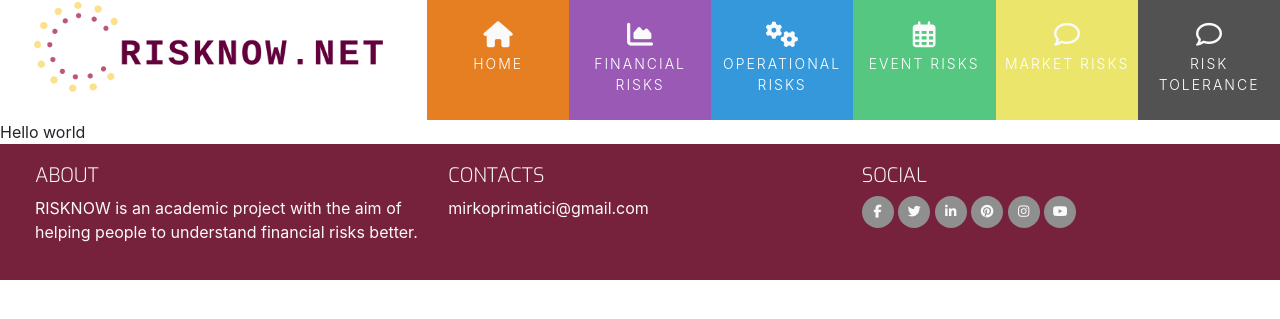
Repository: mirkoprimaticix/risknow.net
Page: index.html
The author's editor kept a record of every edit. The page is drawn from the files as they stood at one moment, then again after the next edit.
The browser window is 1280 px wide. The pictures show the whole page.
Some web libraries are served in a nearby version.

Above is the page before.
Console error: TypeError: Cannot read properties of undefined (reading 'fn')

After the next edit:
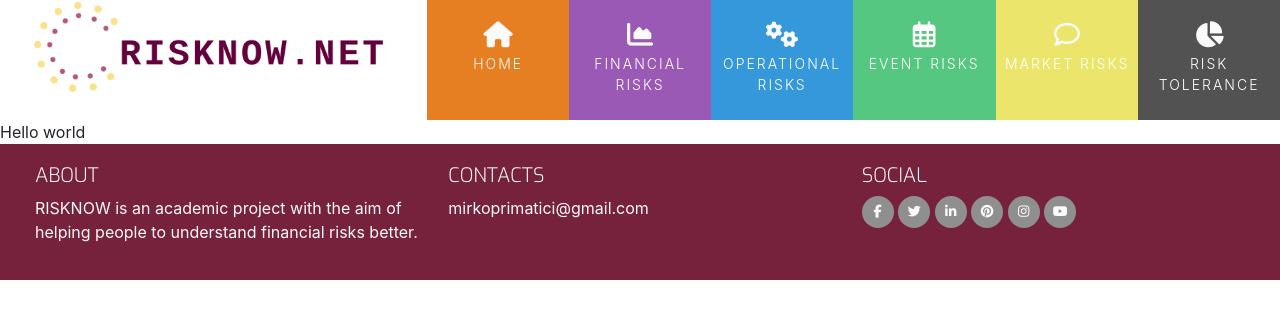
The edit:
--- a/index.html
+++ b/index.html
@@ -38,7 +38,7 @@
                                 <a href="contact.html" class="hvr-sweep-to-bottom"><i class="fa fa-comment-o" aria-hidden="true"></i><span>Market Risks</span></a>
                             </li>
                             <li class="col-6 col-sm-2 list-inline-item ui-menu-color-rt menuitem">
-                                <a href="contact.html" class="hvr-sweep-to-bottom"><i class="fa fa-comment-o" aria-hidden="true"></i><span>Risk Tolerance</span></a>
+                                <a href="contact.html" class="hvr-sweep-to-bottom"><i class="fas fa-chart-pie" aria-hidden="true"></i><span>Risk Tolerance</span></a>
                             </li>
                         </ul>
                     </div>
